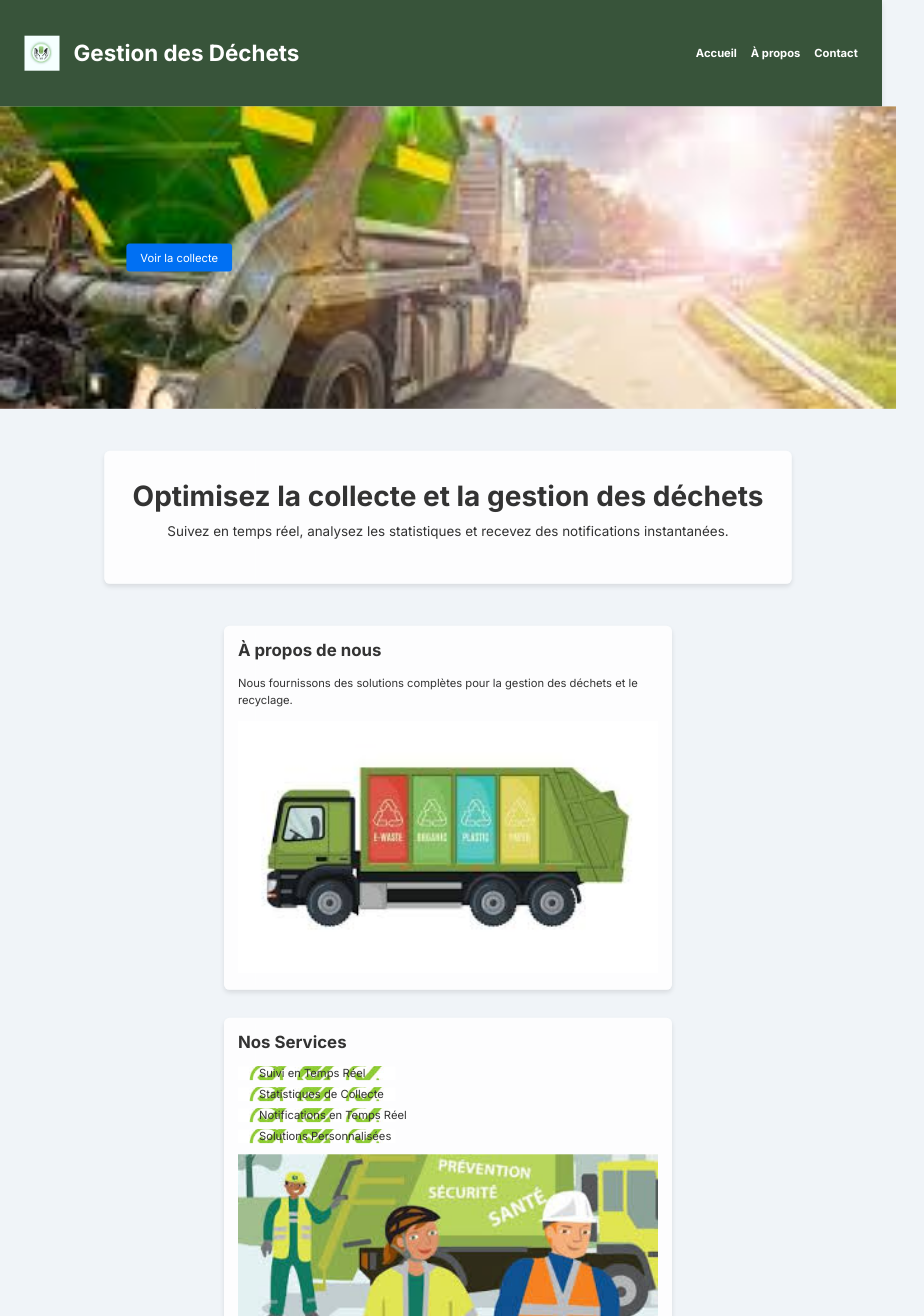
Repository: SystemInfoGeo/QGISproject
Page: / (app in NEXT/)
The author's editor kept a copy of each file at every save. The page is drawn from the files as they stood at one save, then again after the next save.
The browser window is 1280 px wide. The page is 1320 px wide, so the pictures cover 1320 px, including what lies to the right of the window. The pictures show the part of the page from y = 0 to 1880 px (the page is 2753 px tall), at 70% of full size.
The project was rebuilt for these pictures with package versions that can differ from the ones it lists, and the page was loaded fresh each time. The framework's server and built-in components were replaced by stand-ins that run in the browser. Also part of the build but not shown: NEXT/next.config.mjs.

Above is the page before, as saved 2024-06-21 17:30:11.

### NEXT/app/layout.tsx
import type { Metadata } from 'next';
import { Inter } from 'next/font/google';
import './globals.css';

const inter = Inter({ subsets: ['latin'] });

export const metadata: Metadata = {
  title: 'Gestion de la Collecte des Déchets',
  description: 'Application de gestion de la collecte des déchets',
};

export default function RootLayout({
  children,
}: Readonly<{
  children: React.ReactNode;
}>) {
  return (
    <html lang="fr">
      <body className={inter.className}>{children}</body>
    </html>
  );
}

### NEXT/app/page.tsx
'use client';

import { useRouter } from 'next/navigation';
import Image from 'next/image';
import styles from './page.module.css';

export default function Home() {
  const router = useRouter();

  const navigateToCollect = () => {
    router.push('collect');
  };

  return (
    <div className={styles.container}>
      <header className={styles.header}>
        <div className={styles.logoContainer}>
          <Image src="/images/logo.jpg" alt="Logo" width={50} height={50} />
          <h1>Gestion des Déchets</h1>
        </div>
        <nav className={styles.nav}>
          <ul>
            <li><a href="#">Accueil</a></li>
            <li><a href="#about">À propos</a></li>
            <li><a href="#contact">Contact</a></li>
          </ul>
        </nav>
      </header>
      <section className={styles.backgroundSection}>
        <button className={styles.backgroundButton} onClick={navigateToCollect}>Voir la collecte</button>
      </section>
      <main className={styles.main}>
        <section className={styles.hero}>
          <h2>Optimisez la collecte et la gestion des déchets</h2>
          <p>Suivez en temps réel, analysez les statistiques et recevez des notifications instantanées.</p>
        </section>
        <section className={styles.section} id="about">
          <h2>À propos de nous</h2>
          <p>Nous fournissons des solutions complètes pour la gestion des déchets et le recyclage.</p>
          <Image src="/images/img2.jpg" alt="Camion de collecte" width={600} height={400} />
        </section>
        <section className={styles.section} id="services">
          <h2>Nos Services</h2>
          <ul>
            <li>Suivi en Temps Réel</li>
            <li>Statistiques de Collecte</li>
            <li>Notifications en Temps Réel</li>
            <li>Solutions Personnalisées</li>
          </ul>
          <Image src="/images/img1.jpg" alt="Services de gestion des déchets" width={600} height={400} />
        </section>
        <section className={styles.section} id="impact">
          <h2>Impact des Déchets</h2>
          <blockquote>
            "La gestion des déchets est cruciale pour protéger notre environnement et notre santé."
          </blockquote>
          <p>Les déchets non gérés correctement peuvent entraîner des conséquences graves pour l'environnement, notamment la pollution de l'air, de l'eau et des sols. La collecte et le recyclage efficaces des déchets réduisent l'empreinte carbone, préservent les ressources naturelles et protègent la biodiversité.</p>
          <Image src="/images/img3.jpg" alt="Impact des déchets" width={600} height={400} />
        </section>
      </main>
      <footer className={styles.footer} id="contact">
        <p>&copy; 2024 Gestion des Déchets. Tous droits réservés.</p>
        <p>Contact: <a href="mailto:contact@gestiondechets.com">contactez_nous@gestiondechets.com</a></p>
      </footer>
    </div>
  );
}

### NEXT/app/globals.css
/* app/globals.css */

body {
  font-family: Arial, sans-serif;
  margin: 0;
  padding: 0;
  box-sizing: border-box;
  background-color: #f0f4f8;
}

h1, h2, h3 {
  font-family: 'Inter', sans-serif;
}

p {
  line-height: 1.6;
  margin: 0 0 1em;
}

a {
  color: #0070f3;
  text-decoration: none;
}

a:hover {
  text-decoration: underline;
}

img {
  max-width: 100%;
  height: auto;
}

button {
  font-family: 'Inter', sans-serif;
  cursor: pointer;
}

blockquote {
  font-style: italic;
  color: #555;
  border-left: 4px solid #4caf50;
  padding-left: 20px;
  margin: 10px 0;
}

### NEXT/app/page.module.css
/* app/page.module.css */

.container {
  display: flex;
  flex-direction: column;
  min-height: 100vh;
  color: #333;
  position: relative;
  z-index: 1;
}

.header {
  display: flex;
  justify-content: space-between;
  align-items: center;
  padding: 35px;
  background-color: rgba(24, 56, 25, 0.85);
  color: white;
  width: 93%;
  box-shadow: 0 4px 8px rgba(0, 0, 0, 0.1);
  backdrop-filter: blur(5px);
}

.logoContainer {
  display: flex;
  align-items: center;
}

.logoContainer h1 {
  margin-left: 20px;
}

.nav ul {
  list-style: none;
  display: flex;
  gap: 20px;
}

.nav ul li {
  margin: 0;
}

.nav ul li a {
  color: white;
  text-decoration: none;
  font-weight: bold;
}

.nav ul li a:hover {
  text-decoration: underline;
}

.backgroundSection {
  background: url('/images/back.jpeg') no-repeat center center;
  background-size: cover;
  width: 100%;
  height: 60vh;
  display: flex;
  justify-content: center;
  align-items: center;
  position: relative;
}

.backgroundButton {
  position: absolute;
  left: 20%;
  top: 50%;
  transform: translate(-50%, -50%);
  padding: 10px 20px;
  background-color: #0070f3;
  color: #fff;
  border: none;
  cursor: pointer;
  border-radius: 5px;
  font-size: 1em;
}

.backgroundButton:hover {
  background-color: #005bb5;
}

.main {
  padding: 20px;
  flex: 1;
  display: flex;
  flex-direction: column;
  align-items: center;
}

.hero {
  text-align: center;
  margin: 40px 0;
  background: rgba(255, 255, 255, 0.85);
  padding: 40px;
  border-radius: 8px;
  box-shadow: 0 4px 8px rgba(0, 0, 0, 0.1);
}

.hero h2 {
  font-size: 2.5em;
  margin: 0;
}

.hero p {
  font-size: 1.2em;
  margin: 10px 0 20px;
}

.section {
  background: rgba(255, 255, 255, 0.85);
  padding: 20px;
  margin: 20px;
  border-radius: 8px;
  width: 100%;
  max-width: 600px;
  box-shadow: 0 4px 8px rgba(0, 0, 0, 0.1);
}

.section h2 {
  margin-top: 0;
}

.section ul {
  list-style: none;
  padding: 0;
}

.section ul li {
  background: url('/images/check.jpg') no-repeat left center;
  padding-left: 30px;
  margin: 10px 0;
}

.section blockquote {
  font-style: italic;
  color: #555;
  border-left: 4px solid #4caf50;
  padding-left: 20px;
  margin: 10px 0;
}

.button {
  padding: 10px 20px;
  background-color: #0070f3;
  color: #fff;
  border: none;
  cursor: pointer;
  border-radius: 5px;
  font-size: 1em;
}

.button:hover {
  background-color: #005bb5;
}

.footer {
  text-align: center;
  padding: 20px;
  background-color: rgba(51, 51, 51, 0.85);
  color: white;
  width: 100%;
  position: relative;
  z-index: 1;
}

.footer a {
  color: #4caf50;
  text-decoration: none;
}

.footer a:hover {
  text-decoration: underline;
}

After the next save:
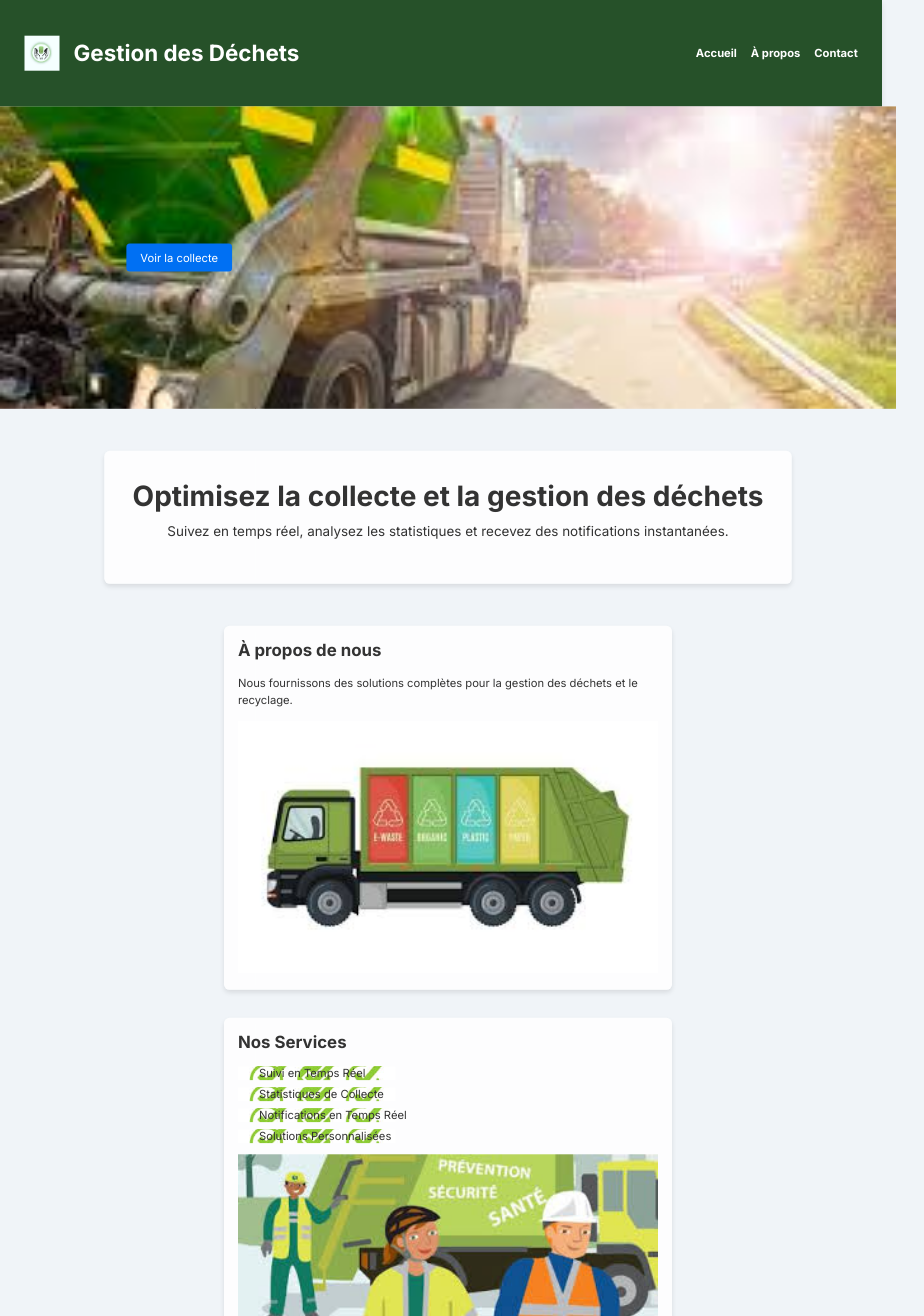
Saved 5 s later.
--- a/NEXT/app/page.module.css
+++ b/NEXT/app/page.module.css
@@ -14,7 +14,7 @@
   justify-content: space-between;
   align-items: center;
   padding: 35px;
-  background-color: rgba(24, 56, 25, 0.85);
+  background-color: rgba(3, 52, 5, 0.85);
   color: white;
   width: 93%;
   box-shadow: 0 4px 8px rgba(0, 0, 0, 0.1);
